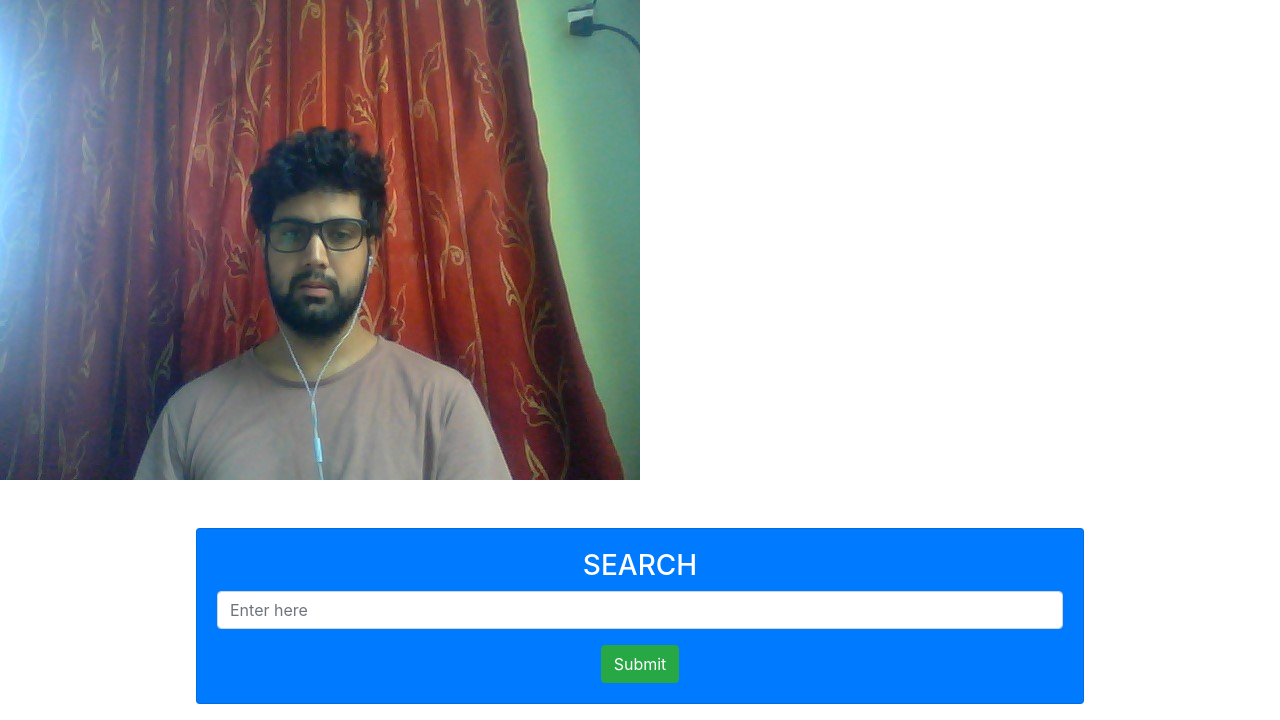
Repository: parvaizsajad/SpringFrameWork
Page: http://localhost/com.springMvc.search/home
These files come from the project's save history. The page is drawn as it stood at one moment and after the next save; the edit follows.
The browser window is 1280 px wide. The pictures show the whole page.
Some web libraries are served in a nearby version. The page is served by Tomcat 9. Other server files are loaded and not shown.

Above is the page before, as saved 2021-09-11 08:56:04.

### com.springMvc.search/src/main/webapp/WEB-INF/spring-servlet.xml
<?xml version="1.0" encoding="UTF-8"?>


<!-- 2nd step step create the configuration file. -->

<beans xmlns="http://www.springframework.org/schema/beans"
	xmlns:xsi="http://www.w3.org/2001/XMLSchema-instance" xmlns:context="http://www.springframework.org/schema/context"
	xmlns:p="http://www.springframework.org/schema/p"
	xmlns:tx="http://www.springframework.org/schema/tx"
		xmlns:mvc="http://www.springframework.org/schema/mvc"
	xsi:schemaLocation="http://www.springframework.org/schema/beans
    http://www.springframework.org/schema/beans/spring-beans.xsd
    http://www.springframework.org/schema/context
    http://www.springframework.org/schema/context/spring-context.xsd
     http://www.springframework.org/schema/tx
    http://www.springframework.org/schema/tx/spring-tx.xsd
    http://www.springframework.org/schema/mvc
    http://www.springframework.org/schema/mvc/spring-mvc.xsd
    ">
 <!--This is our bean or the metadata for our class  -->
 <mvc:annotation-driven/>
 <mvc:resources location="/WEB-INF/resources/" mapping="/resources/**"/>

 <context:component-scan base-package="com.springMvc.search"></context:component-scan>

<!--  view Resolver -->
   <bean class="org.springframework.web.servlet.view.InternalResourceViewResolver" name="viewResolver">
   <property name="prefix" value="/WEB-INF/views/"></property>
   <property name="suffix" value=".jsp"></property>
   </bean>

 <!-- Commons multipart resolver -->
 <bean class="org.springframework.web.multipart.commons.CommonsMultipartResolver" name="multipartResolver"/>




 </beans>

### com.springMvc.search/src/main/webapp/WEB-INF/views/home.jsp
<%@ page language="java" contentType="text/html; charset=ISO-8859-1"
    pageEncoding="ISO-8859-1"%>
         <%@ taglib prefix="c" uri="http://java.sun.com/jsp/jstl/core" %>
<!doctype html>
<html lang="en">
  <head>
    <!-- Required meta tags -->
    <meta charset="utf-8">
    <meta name="viewport" content="width=device-width, initial-scale=1, shrink-to-fit=no">

    <!-- Bootstrap CSS -->
    <link rel="stylesheet" href="https://maxcdn.bootstrapcdn.com/bootstrap/4.0.0/css/bootstrap.min.css" integrity="sha384-Gn5384xqQ1aoWXA+058RXPxPg6fy4IWvTNh0E263XmFcJlSAwiGgFAW/dAiS6JXm" crossorigin="anonymous">

    <title>Hello, world!</title>
  </head>
  <body>
<!--   inserting images or the other resources -->

 <script type="text/javascript" src='<c:url value="/resources/js/script.js"></c:url>'></script>
 <img alt="" src='<c:url value="/resources/images/img.jpg"></c:url>'>


<div class="container">

<div class="card mx-auto mt-5 bg-primary" style="width: 80%">
<div class="card-body">

<form action="search">
  <div class="form-group">

<div><h3 class="text-center text-white" style="text-transform: uppercase;">Search</h3></div>

    <input type="text" class="form-control" id="text1"  placeholder="Enter here" name="search">

  </div>
  <div style="text-align: center">
    <button type="submit" class="btn btn-success">Submit</button>
  </div>

</form>
</div>
</div>
</div>

    <!-- Optional JavaScript -->
    <!-- jQuery first, then Popper.js, then Bootstrap JS -->
    <script src="https://code.jquery.com/jquery-3.2.1.slim.min.js" integrity="sha384-KJ3o2DKtIkvYIK3UENzmM7KCkRr/rE9/Qpg6aAZGJwFDMVNA/GpGFF93hXpG5KkN" crossorigin="anonymous"></script>
    <script src="https://cdnjs.cloudflare.com/ajax/libs/popper.js/1.12.9/umd/popper.min.js" integrity="sha384-ApNbgh9B+Y1QKtv3Rn7W3mgPxhU9K/ScQsAP7hUibX39j7fakFPskvXusvfa0b4Q" crossorigin="anonymous"></script>
    <script src="https://maxcdn.bootstrapcdn.com/bootstrap/4.0.0/js/bootstrap.min.js" integrity="sha384-JZR6Spejh4U02d8jOt6vLEHfe/JQGiRRSQQxSfFWpi1MquVdAyjUar5+76PVCmYl" crossorigin="anonymous"></script>
  </body>
</html>

### com.springMvc.search/src/main/java/com/springMvc/search/Generilizedexceptionhandler.java
package com.springMvc.search;

import org.springframework.http.HttpStatus;
import org.springframework.stereotype.Controller;
import org.springframework.web.bind.annotation.ControllerAdvice;
import org.springframework.web.bind.annotation.ExceptionHandler;
import org.springframework.web.bind.annotation.ResponseStatus;

@ControllerAdvice
public class Generilizedexceptionhandler {
	@ResponseStatus(value = HttpStatus.INTERNAL_SERVER_ERROR)
	@ExceptionHandler({NullPointerException.class,NumberFormatException.class})
	public String errorHandler() {

		return "nullException";
	}
}

### com.springMvc.search/src/main/java/com/springMvc/search/ImageController.java
package com.springMvc.search;

import java.io.File;
import java.io.FileNotFoundException;
import java.io.FileOutputStream;
import java.io.IOException;

import javax.servlet.http.HttpSession;

import org.springframework.stereotype.Controller;
import org.springframework.ui.Model;
import org.springframework.web.bind.annotation.RequestMapping;
import org.springframework.web.bind.annotation.RequestMethod;
import org.springframework.web.bind.annotation.RequestParam;
import org.springframework.web.multipart.commons.CommonsMultipartFile;

@Controller
public class ImageController {
	@RequestMapping("/upload")
	public String ImageUpload() {

		return"fileForm";
	}

	@RequestMapping(path = "/handleImage",method = RequestMethod.POST)
 public String handleImage(@RequestParam("image") CommonsMultipartFile im,HttpSession ss,Model mod) {
		System.out.println(im.getContentType());
		System.out.println(im.getName());
		System.out.println(im.getSize());
		System.out.println(im.getStorageDescription());
		System.out.println(im.getOriginalFilename());
	 System.out.println("here we will handle images");
	 byte[] Fbytes = im.getBytes();
	 System.out.println("**********************************");
	 //we need to save this file
	 String realPath = ss.getServletContext().getRealPath("/")+"WEB-INF"+File.separator+"resources"+File.separator+"images"+File.separator+im.getOriginalFilename();
	 FileOutputStream fio;
	try {
		fio = new FileOutputStream(realPath);
		try {
			fio.write(Fbytes);
			fio.close();
			System.out.println("done file uploading");
			Model addAttribute = mod.addAttribute("msg", im.getOriginalFilename().toString());
			mod.addAttribute("success", "file Uploaded successfully");
			 System.out.println(realPath);
		} catch (IOException e) {
			// TODO Auto-generated catch block
			e.printStackTrace();
			mod.addAttribute("success","something went wrong");
		}

	} catch (FileNotFoundException e) {
		// TODO Auto-generated catch block
		mod.addAttribute("success","something went wrong");
		e.printStackTrace();
	}



	 return"imageSuccess";
 }
}

### com.springMvc.search/src/main/java/com/springMvc/search/SearchController.java
package com.springMvc.search;

import org.springframework.stereotype.Controller;
import org.springframework.web.bind.annotation.PathVariable;
import org.springframework.web.bind.annotation.RequestMapping;
import org.springframework.web.bind.annotation.RequestParam;
import org.springframework.web.servlet.view.RedirectView;
@Controller
public class SearchController {
	@RequestMapping("/path/{id}/{userName}")
	public String PAthHandler(@PathVariable("id") int id,@PathVariable("userName") String name) {

		System.out.println("the id in path varriable is "+id);
		System.out.println("the name in path varriable is "+name);
		return("home");
	}
	@RequestMapping("/home")
	public String home() {

		System.out.println("going to home view");
		return("home");
	}
@RequestMapping("/search")
	public RedirectView search(@RequestParam("search") String sear) {
		String querry="https://www.google.com/search?q="+sear;
		RedirectView rd=new RedirectView();
		if(sear.isBlank()) {
		 rd.setUrl("home");
		 return rd;
		}


		rd.setUrl(querry);
		return rd;
	}
}

### com.springMvc.search/src/main/java/com/springMvc/search/complex.java
package com.springMvc.search;

import org.springframework.stereotype.Controller;
import org.springframework.ui.Model;
import org.springframework.validation.BindingResult;
import org.springframework.web.bind.annotation.ModelAttribute;
import org.springframework.web.bind.annotation.RequestMapping;
import org.springframework.web.bind.annotation.RequestMethod;
import org.springframework.web.bind.annotation.RequestParam;

@Controller
public class complex {

	@RequestMapping("/complex")
	public String complexform() {

		return"/complex";
	}

	@RequestMapping(path = "/handleform",method = RequestMethod.POST)
	public String handleForm(@ModelAttribute Form form,BindingResult result) {
		if(result.hasErrors()) {
			return"/complex";
		}
	System.out.println(form.getAddress());
		return "/login";
	}
}

### com.springMvc.search/src/main/java/com/springMvc/search/Form.java
package com.springMvc.search;

import java.util.Date;

public class Form {
	private String name;
	private long id;
	private Date dob;
	private String courses;
	private String gender;
	private String type;
	private Address address;
	public Address getAddress() {
		return address;
	}
	public void setAddress(Address address) {
		this.address = address;
	}
	public Form() {
		super();
		// TODO Auto-generated constructor stub
	}

	@Override
	public String toString() {
		return "Form [name=" + name + ", id=" + id + ", dob=" + dob + ", courses=" + courses + ", gender=" + gender
				+ ", type=" + type + ", address=" + address + "]";
	}


	public Form(String name, long id, Date dob, String courses, String gender, String type) {
		super();
		this.name = name;
		this.id = id;
		this.dob = dob;
		this.courses = courses;
		this.gender = gender;
		this.type = type;

	}
	public String getName() {
		return name;
	}
	public void setName(String name) {
		this.name = name;
	}
	public long getId() {
		return id;
	}
	public void setId(long id) {
		this.id = id;
	}
	public Date getDob() {
		return dob;
	}
	public void setDob(Date dob) {
		this.dob = dob;
	}
	public String getCourses() {
		return courses;
	}
	public void setCourses(String courses) {
		this.courses = courses;
	}
	public String getGender() {
		return gender;
	}
	public void setGender(String gender) {
		this.gender = gender;
	}
	public String getType() {
		return type;
	}
	public void setType(String type) {
		this.type = type;
	}


}

### com.springMvc.search/src/main/webapp/WEB-INF/resources/js/script.js
/**
 *
 */
alert("hello")

After the next save:
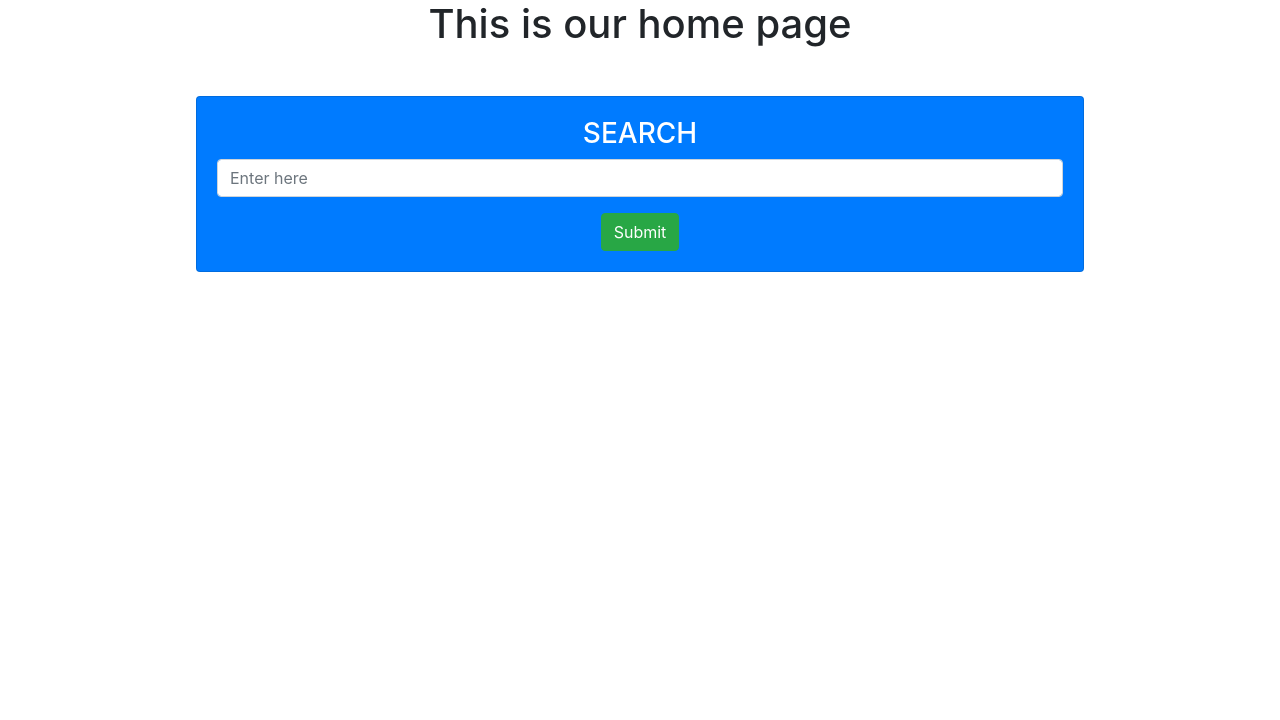
Saved 11 min 24 s later.
--- a/com.springMvc.search/src/main/webapp/WEB-INF/views/home.jsp
+++ b/com.springMvc.search/src/main/webapp/WEB-INF/views/home.jsp
@@ -14,10 +14,12 @@
     <title>Hello, world!</title>
   </head>
   <body>
+
+ <h1 class="text-center">This is our home page</h1>
 <!--   inserting images or the other resources -->
 
- <script type="text/javascript" src='<c:url value="/resources/js/script.js"></c:url>'></script>
- <img alt="" src='<c:url value="/resources/images/img.jpg"></c:url>'>
+<%--  <script type="text/javascript" src='<c:url value="/resources/js/script.js"></c:url>'></script>
+ <img alt="" src='<c:url value="/resources/images/img.jpg"></c:url>'> --%>
 
 
 <div class="container">
